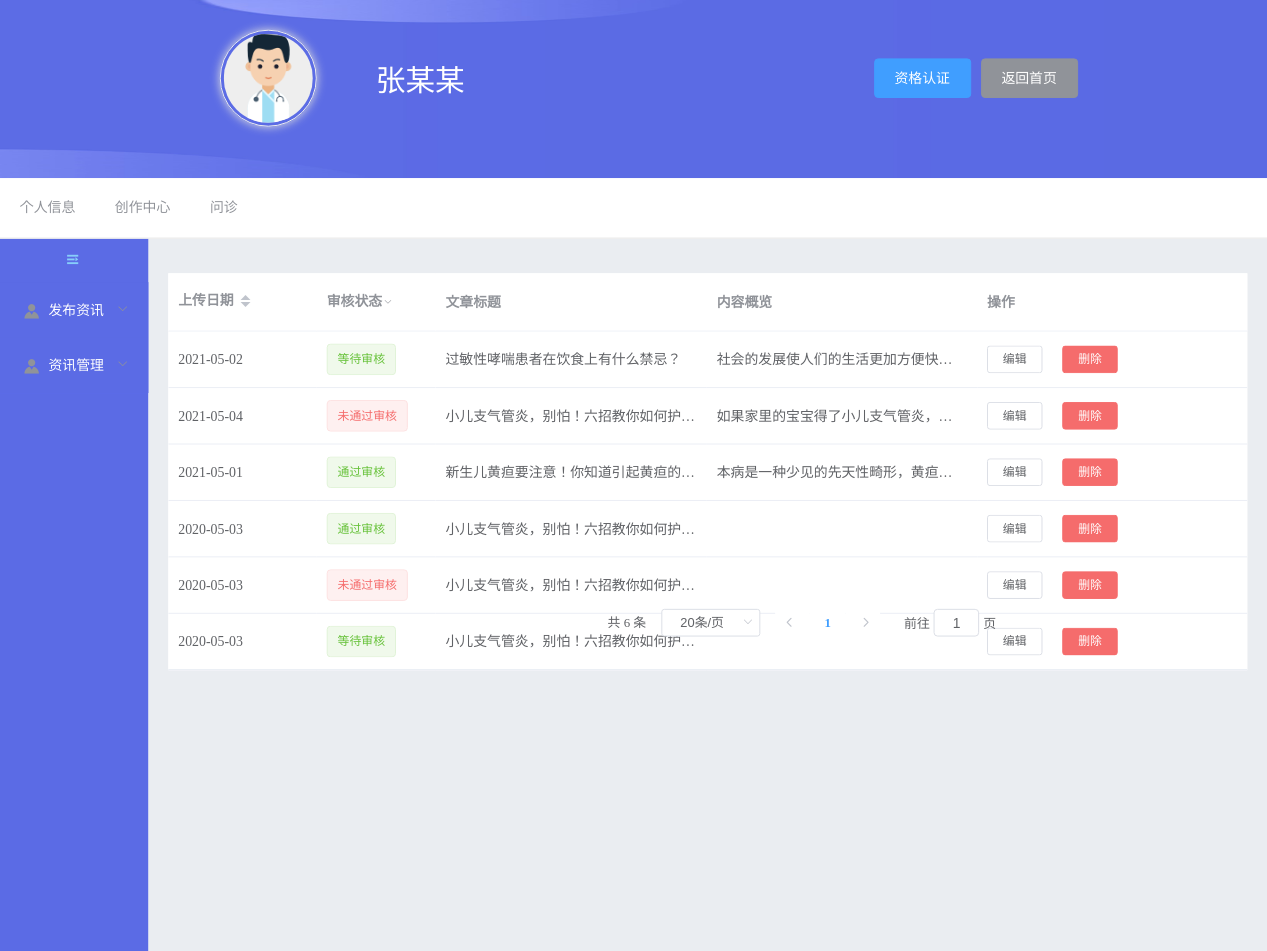
Repository: DiscreteL/SOA_Front
Page: /#/manageArticle
The author's editor kept a copy of each file at every save. The page is drawn from the files as they stood at one save, then again after the next save.
The browser window is 1280 px wide. The pictures show the whole page, at 99% of full size.
The project was rebuilt for these pictures with package versions that can differ from the ones it lists, and the page was loaded fresh each time. Also part of the build but not shown: vue.config.js, src/components/navigation.vue, src/components/dialog.vue, src/views/news.vue, src/components/announcement.vue, src/components/patientKnow.vue, src/views/Home.vue, src/views/login.vue and 15 more.

Above is the page before, as saved 2021-11-29 12:45:29.

After the next save:
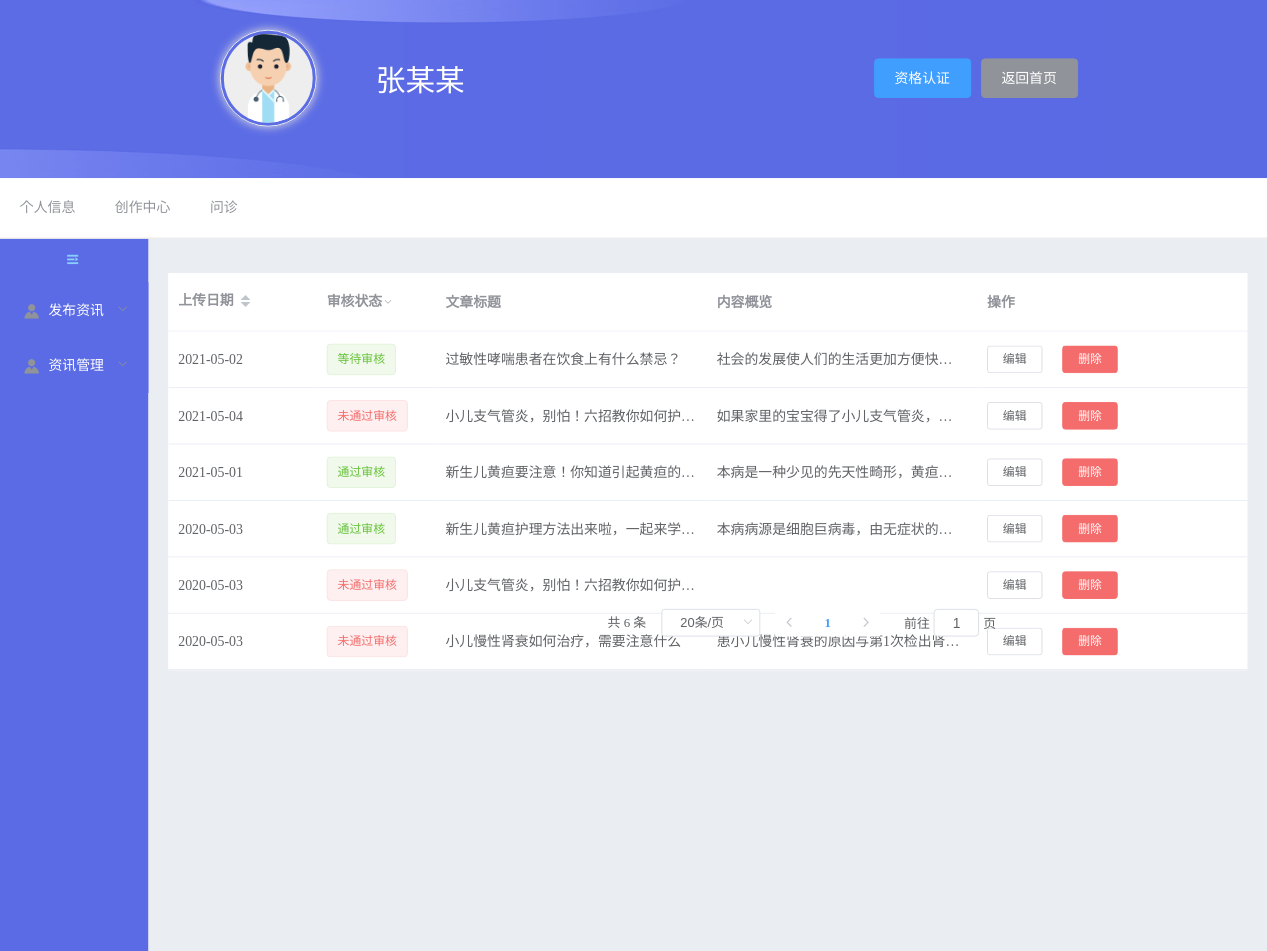
Saved 65 s later.
--- a/src/views/doctor/message/manageArticle.vue
+++ b/src/views/doctor/message/manageArticle.vue
@@ -117,8 +117,8 @@ export default {
         {
           date: "2020-05-03",
           status: "通过审核",
-          title: "小儿支气管炎，别怕！六招教你如何护理！",
-          content:""
+          title: "新生儿黄疸护理方法出来啦，一起来学学吧",
+          content:"本病病源是细胞巨病毒，由无症状的带病毒孕妇通过胎盘感染胎儿。新生儿在出生一个月内出现黄疸、精神不振、咳嗽、肝脾肿大、消化不良和生长停滞等，应考虑是本病。"
         },
         {
           date: "2020-05-03",
@@ -128,9 +128,9 @@ export default {
         },
         {
           date: "2020-05-03",
-          status: "等待审核",
-          title: "小儿支气管炎，别怕！六招教你如何护理！",
-          content:""
+          status: "未通过审核",
+          title: "小儿慢性肾衰如何治疗，需要注意什么",
+          content:"患小儿慢性肾衰的原因与第1次检出肾衰时的患儿年龄密切相关。5岁以下的慢性肾衰常是解剖异常的结果，如肾发育不全、肾发育异常、尿路梗阻以及其他先天畸形；5岁以后的慢性肾衰则以后天性肾小球疾病如小球肾炎、溶血性尿毒综合征或遗传性病变，如Alport综合征、肾囊性病变为主。"
         },
       ],
       dialogTableVisible: false,
